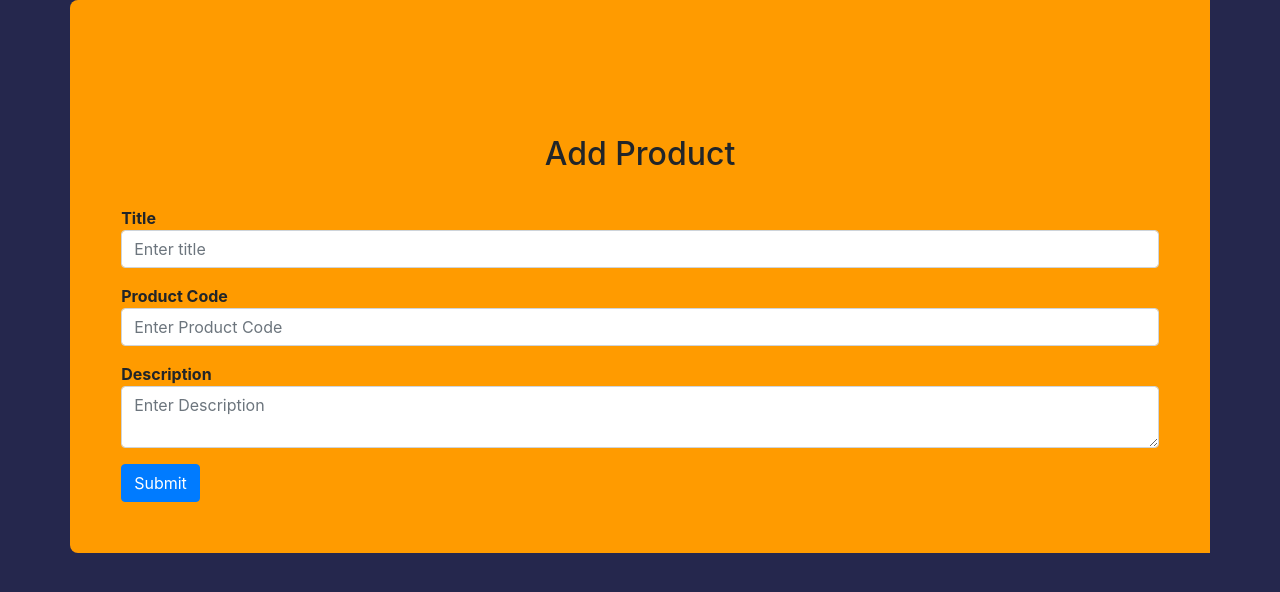
Repository: Abdaljawad-Aya/Laravel
Page: http://localhost/products/create
An editor plug-in stored every save of this project. The page is shown before and after the next save, followed by the edit.
The browser window is 1280 px wide. The pictures show the whole page.
The page is served by the project's Laravel application, run on PHP 8.4 with Laravel 8.

Above is the page before, as saved 2021-02-23 08:09:38.

After the next save:
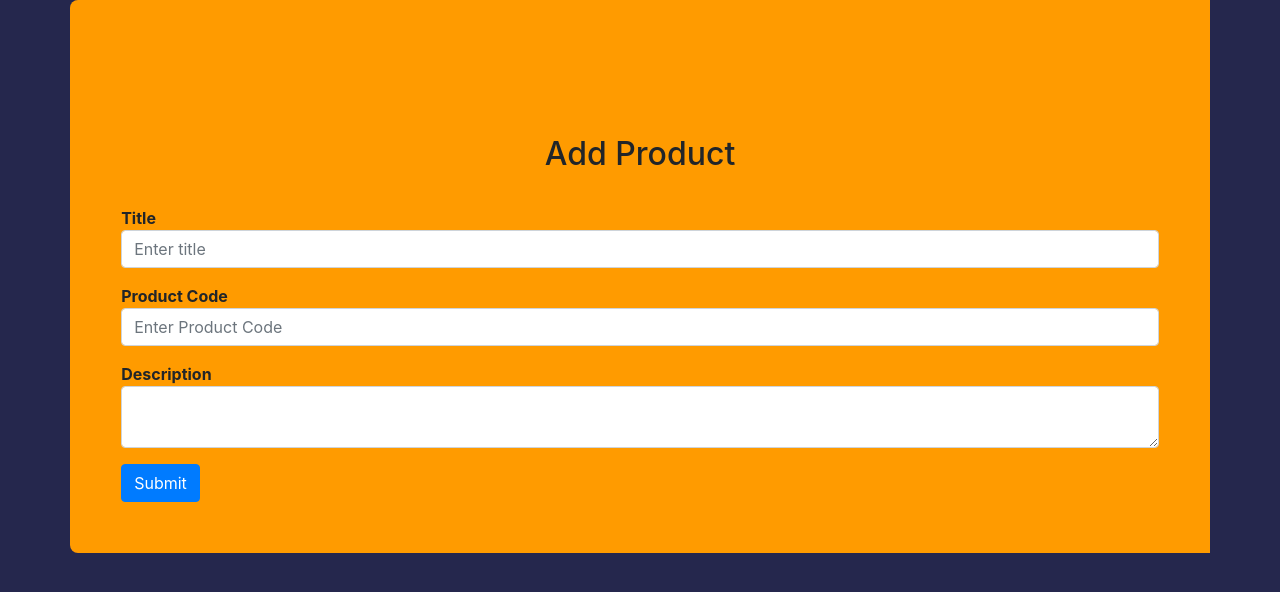
Saved 49 s later.
--- a/adminTheme/resources/views/product/create.blade.php
+++ b/adminTheme/resources/views/product/create.blade.php
@@ -25,7 +25,12 @@
     <div class="col-md-12">
         <div class="form-group">
             <strong>Description</strong>
-            <textarea class="form-control" col="4" name="description" placeholder="Enter Description"></textarea>
+            <textarea class        ="form-control"
+                        col        ="4"
+                        name       ="description"
+                        placeholder="Enter Description">
+            </textarea>
+            {{-- Error --}}
             <span class="text-danger">{{ $errors->first('description') }}</span>
         </div>
         </div>

After the 2 saves that followed:
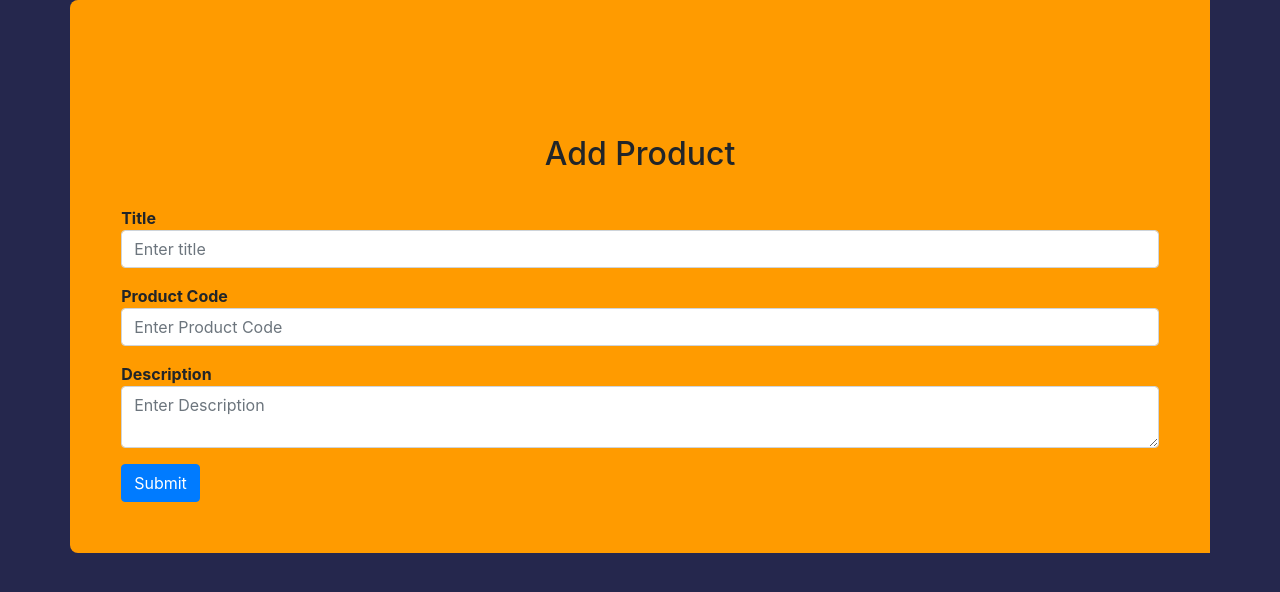
The 2 saves are shown as one change because 1 left the picture as it was.
The last was saved 2 min 16 s later.
--- a/adminTheme/resources/views/product/create.blade.php
+++ b/adminTheme/resources/views/product/create.blade.php
@@ -19,19 +19,15 @@
         <div class="form-group">
             <strong>Product Code</strong>
             <input type="text" name="product_code" class="form-control" placeholder="Enter Product Code">
+
             <span class="text-danger">{{ $errors->first('product_code')}}</span>
         </div>
     </div>
     <div class="col-md-12">
         <div class="form-group">
-            <strong>Description</strong>
-            <textarea class        ="form-control"
-                        col        ="4"
-                        name       ="description"
-                        placeholder="Enter Description">
-            </textarea>
-            {{-- Error --}}
-            <span class="text-danger">{{ $errors->first('description') }}</span>
+        <strong>Description</strong>
+        <textarea class="form-control" col="4" name="description" placeholder="Enter Description"></textarea>
+        <span class="text-danger">{{ $errors->first('description') }}</span>
         </div>
         </div>
         <div class="col-md-12">
